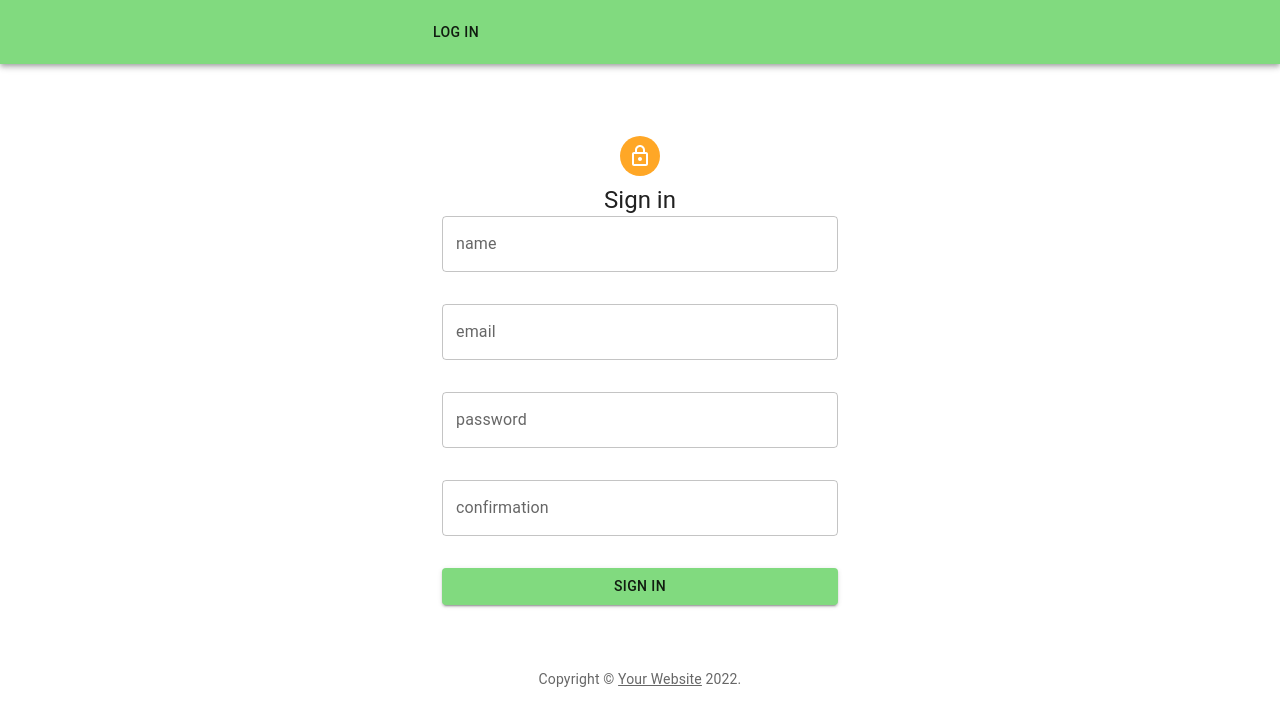
Repository: motohiro0410/motsufood
Page: /signin (app in frontend/)
These files come from the project's save history. The page is drawn as it stood at one moment and after the next save; the edit follows.
The browser window is 1280 px wide. The pictures show the whole page.
The project was rebuilt for these pictures with package versions that can differ from the ones it lists, and the page was loaded fresh each time. Also part of the build but not shown: frontend/src/components/pages/Login.tsx, frontend/src/components/organisms/Footer.tsx, frontend/src/components/organisms/MainHeader.tsx, frontend/src/components/organisms/UserDetailModal.tsx, frontend/src/apis/useCreateCount.ts, frontend/src/components/pages/Count.tsx, frontend/src/components/pages/Money.tsx, frontend/src/components/organisms/GroupHeader.tsx and 8 more.

Above is the page before, as saved 2022-08-21 23:51:37.

After the next save:
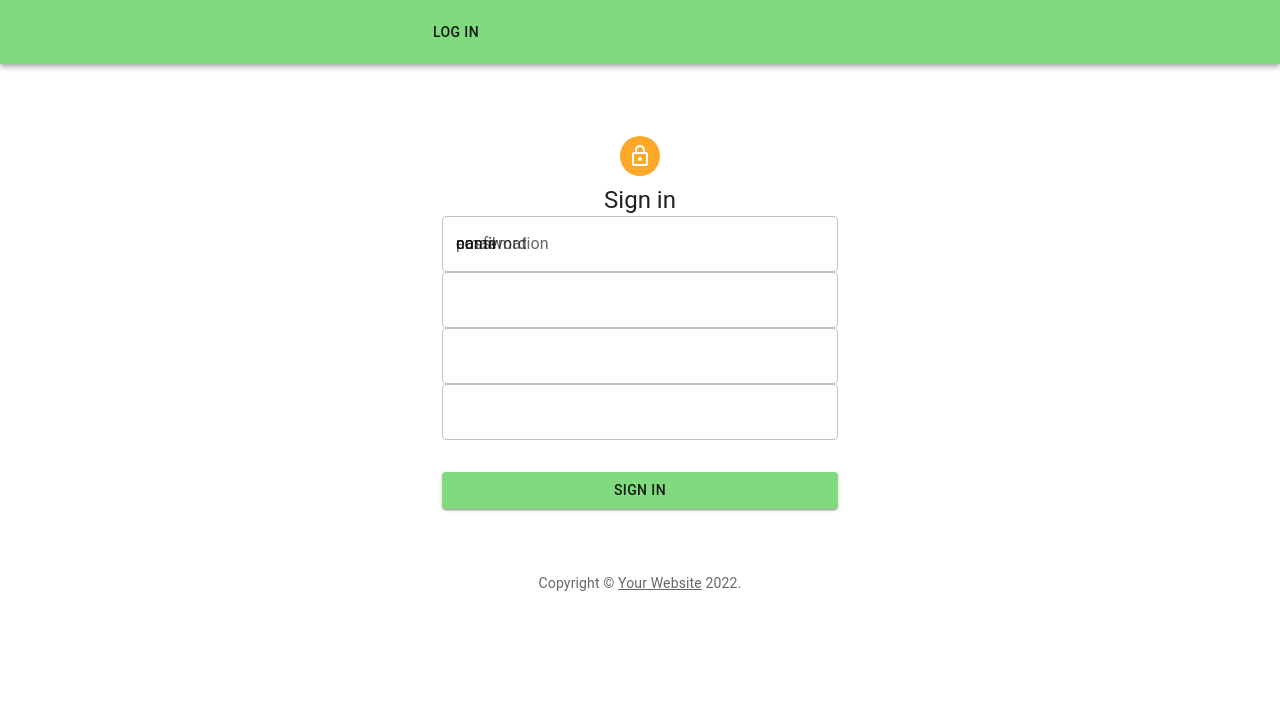
Saved 3 min 34 s later.
--- a/frontend/src/components/pages/SignIn.tsx
+++ b/frontend/src/components/pages/SignIn.tsx
@@ -67,8 +67,7 @@
                   // onChange={}
                   type="string"
                 />
-              </FormControl>
-              <FormControl fullWidth sx={{ m: 5 }}>
+
                 <InputLabel htmlFor="outlined-adornment-amount">email</InputLabel>
                 <OutlinedInput
                   id="outlined-adornment-amount"
@@ -77,8 +76,7 @@
                   // onChange={}
                   type="string"
                 />
-              </FormControl>
-              <FormControl fullWidth sx={{ m: 5 }}>
+
                 <InputLabel htmlFor="outlined-adornment-amount">password</InputLabel>
                 <OutlinedInput
                   id="outlined-adornment-amount"
@@ -87,8 +85,7 @@
                   // onChange={}
                   type="string"
                 />
-              </FormControl>
-              <FormControl fullWidth sx={{ m: 5 }}>
+
                 <InputLabel htmlFor="outlined-adornment-amount">confirmation</InputLabel>
                 <OutlinedInput
                   id="outlined-adornment-amount"

After the save that followed:
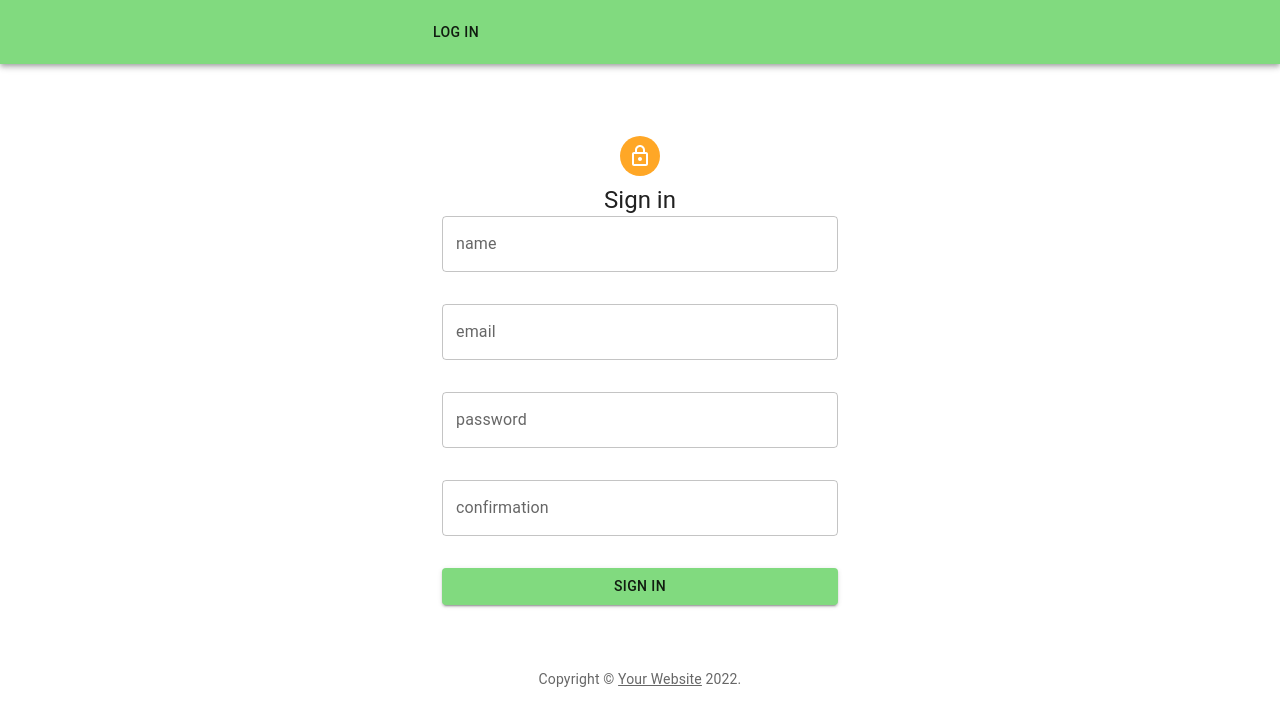
Saved 14 s later.
--- a/frontend/src/components/pages/SignIn.tsx
+++ b/frontend/src/components/pages/SignIn.tsx
@@ -58,7 +58,7 @@
               Sign in
             </Typography>
             <Stack component="form" width="100%" onSubmit={handleSubmit} noValidate spacing={4} >
-            <FormControl fullWidth sx={{ m: 5 }}>
+              <FormControl fullWidth sx={{ m: 5 }}>
                 <InputLabel htmlFor="outlined-adornment-amount">name</InputLabel>
                 <OutlinedInput
                   id="outlined-adornment-amount"
@@ -67,7 +67,8 @@
                   // onChange={}
                   type="string"
                 />
-
+              </FormControl>
+              <FormControl fullWidth sx={{ m: 5 }}>
                 <InputLabel htmlFor="outlined-adornment-amount">email</InputLabel>
                 <OutlinedInput
                   id="outlined-adornment-amount"
@@ -76,7 +77,8 @@
                   // onChange={}
                   type="string"
                 />
-
+              </FormControl>
+              <FormControl fullWidth sx={{ m: 5 }}>
                 <InputLabel htmlFor="outlined-adornment-amount">password</InputLabel>
                 <OutlinedInput
                   id="outlined-adornment-amount"
@@ -85,7 +87,8 @@
                   // onChange={}
                   type="string"
                 />
-
+              </FormControl>
+              <FormControl fullWidth sx={{ m: 5 }}>
                 <InputLabel htmlFor="outlined-adornment-amount">confirmation</InputLabel>
                 <OutlinedInput
                   id="outlined-adornment-amount"
